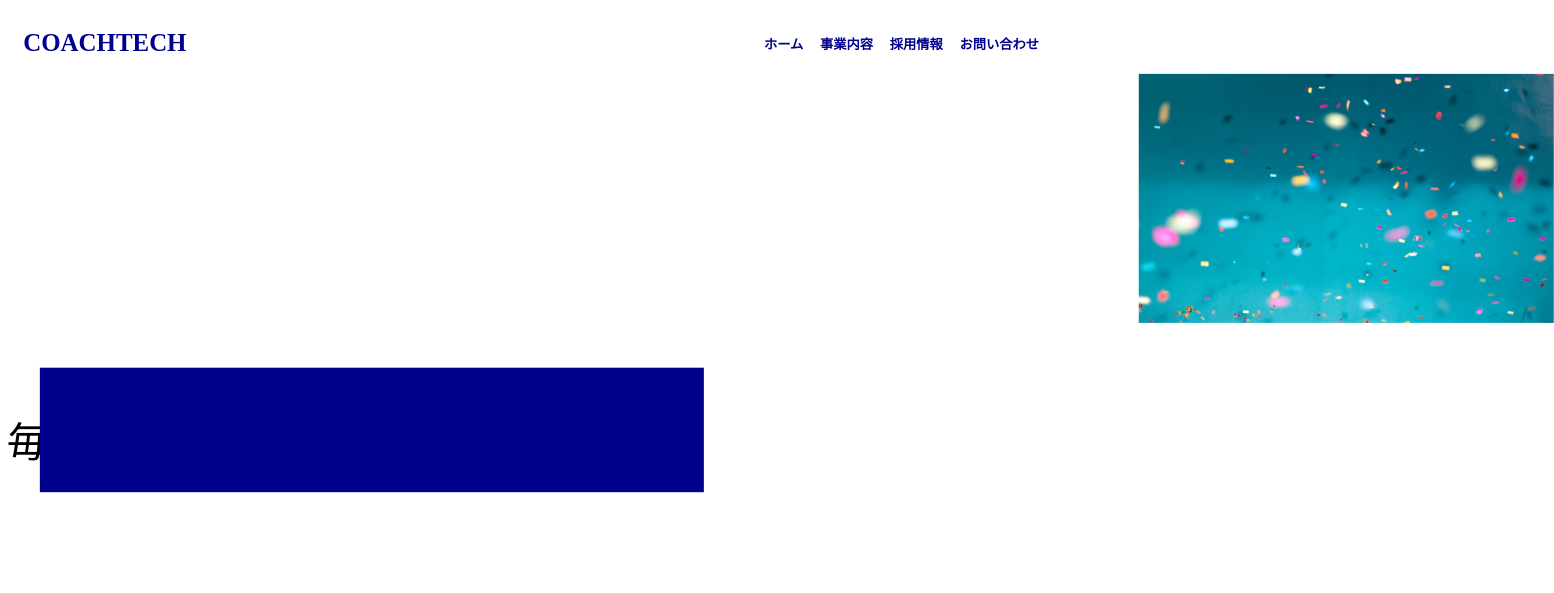
Repository: moro-ayu3/20230213_morohoshi
Page: index.html
An editor plug-in stored every save of this project. The page is shown before and after a run of saves, followed by the edit.
The browser window is 1280 px wide. The page is 1872 px wide, so the pictures cover 1872 px, including what lies to the right of the window. The pictures show the whole page, at 83% of full size.

Above is the page before, as saved 2023-02-14 21:30:22.

### index.html
<!DOCTYPE html>
<html lang="ja">

  <head>
    <meta charset="UTF-8" />
    <meta name="viewport" content="width=device-width, initial-scale=1.0" />
    <title>css演習問題</title>
    <link rel="stylesheet" href="./style.css">
  </head>

  <body>
   <div class="homepage">
    <header class="header">
     <h1 class="header-ttl">
     COACHTECH
     </h1>
     <ul class="header-list">
      <li class="header-item">ホーム</li><li class="header-item">事業内容</li><li class="header-item">採用情報</li><li class="header-item">お問い合わせ</li>
     </ul>
    </header>
   <main>
     <div class="relative-img">
      <img src="img/firstview.jpeg" width="500" height="300"alt="firstview">
     </div>
     <div class="flex">
      <p class="main-ttl">毎日を笑顔に</p>
      <div class="absolute-blue-box"></div>
     </div>
    </main>
   </div>
  </body>

</html>

### style.css
.homepage {
  width: 100%;
}

.header {
  display: flex;
  justify-content: space-between;
  align-items: center;
  margin-top: 15px;
  color: #00008b;
}

.header-ttl {
  font-size: 30px;
  margin-left: 20px;
}

.header-list {
  display: flex;
  font-weight: bold;
  list-style: none;
}

.header-item {
  margin-right: 20px;
}

.relative-img {
  margin-top: 50px;
  position: relative;
  bottom: 50px;
  left: 600px;
  text-align: right;
  z-index: 10;
}

.img {
  width: 100%;
  height: auto;
}


.flex {
  display: flex;
  flex-direction: column;
}

.main-ttl {
  color: black;
  font-size: 50px;
  text-align: justify;
}

.absolute-blue-box {
  width: 800px;
  height: 150px;
  margin-bottom: 15px;
  margin-left: 40px;
  position: absolute;
  bottom: ;
  z-index: 0;
  background-color: #00008b;
}

After the next 2 saves:
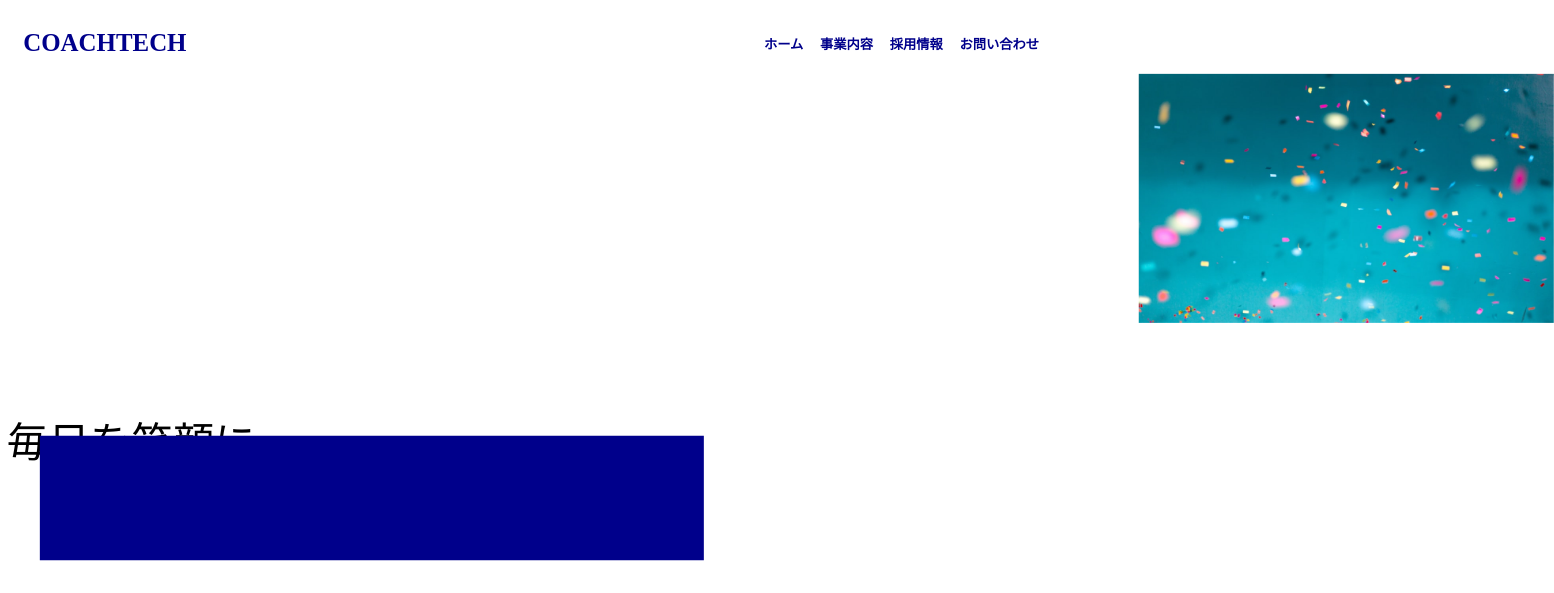
The 2 saves are shown as one change because they came seconds apart.
The last was saved 10 s later.
--- a/style.css
+++ b/style.css
@@ -57,7 +57,7 @@
   margin-bottom: 15px;
   margin-left: 40px;
   position: absolute;
-  bottom: ;
+  bottom: 30px;
   z-index: 0;
   background-color: #00008b;
 }
